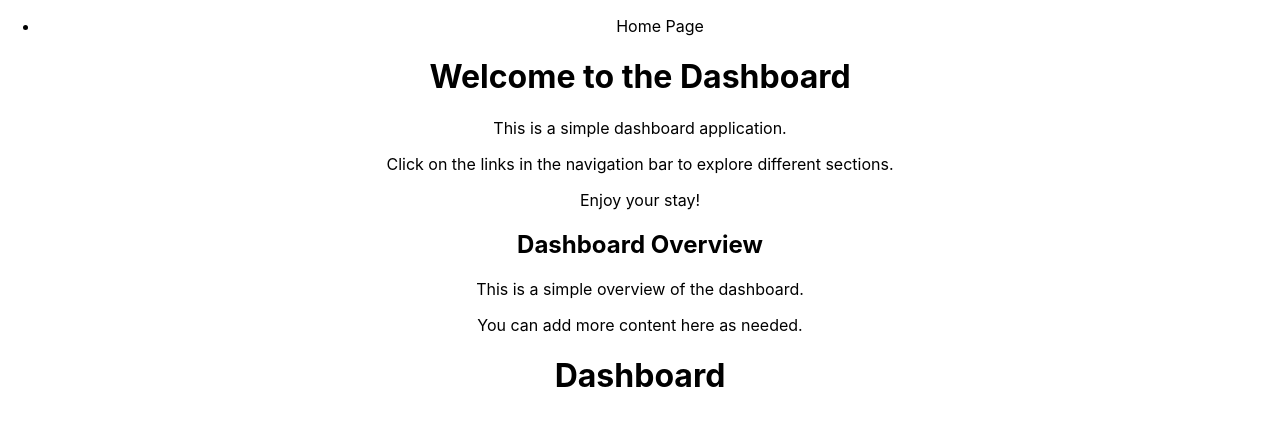
Repository: ItsMoloy/React-Ecommerce
Page: /
An editor plug-in stored every save of this project. The page is shown before and after a run of saves, followed by the edit.
The browser window is 1280 px wide. The pictures show the whole page.
The project was rebuilt for these pictures with package versions that can differ from the ones it lists, and the page was loaded fresh each time.

Above is the page before, as saved 2025-05-18 03:12:33.

### src/App.js
import './App.css';
import Nav from'./Nav.js';

function App() {
  return (
    <div className="App">
      <Nav />
      <h1>Welcome to the Dashboard</h1>
      <p>This is a simple dashboard application.</p>
      <p>Click on the links in the navigation bar to explore different sections.</p>
      <p>Enjoy your stay!</p>
      <h2>Dashboard Overview</h2>
      <p>This is a simple overview of the dashboard.</p>
      <p>You can add more content here as needed.</p>
   <h1>Dashboard</h1>
    </div>
  );
}

export default App;

### src/Nav.js
import React from 'react';


const Nav = () => {
    return (
        <div>
            <ul>
                <li>
                    Home Page
                </li>
            </ul>
        </div>
    )
}
export default Nav;

Loaded but not shown: public/index.html (common file); src/index.js (common file); src/index.css (common file); src/reportWebVitals.js (common file); src/App.css (common file)

After the next 2 saves:
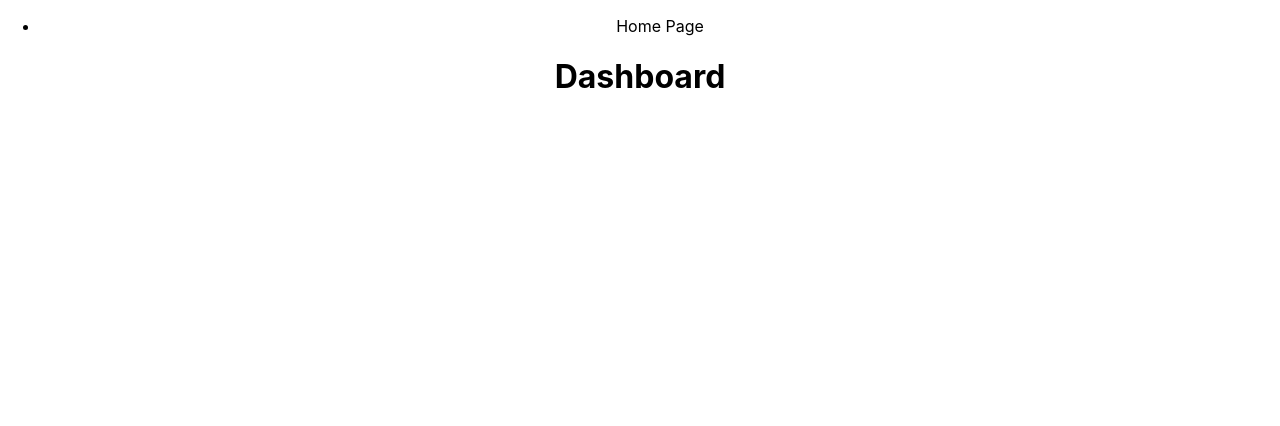
The 2 saves are shown as one change because they came seconds apart.
The last was saved 69 s later.
--- a/src/App.js
+++ b/src/App.js
@@ -5,13 +5,6 @@ function App() {
   return (
     <div className="App">
       <Nav />
-      <h1>Welcome to the Dashboard</h1>
-      <p>This is a simple dashboard application.</p>
-      <p>Click on the links in the navigation bar to explore different sections.</p>
-      <p>Enjoy your stay!</p>
-      <h2>Dashboard Overview</h2>
-      <p>This is a simple overview of the dashboard.</p>
-      <p>You can add more content here as needed.</p>
    <h1>Dashboard</h1>
     </div>
   );
